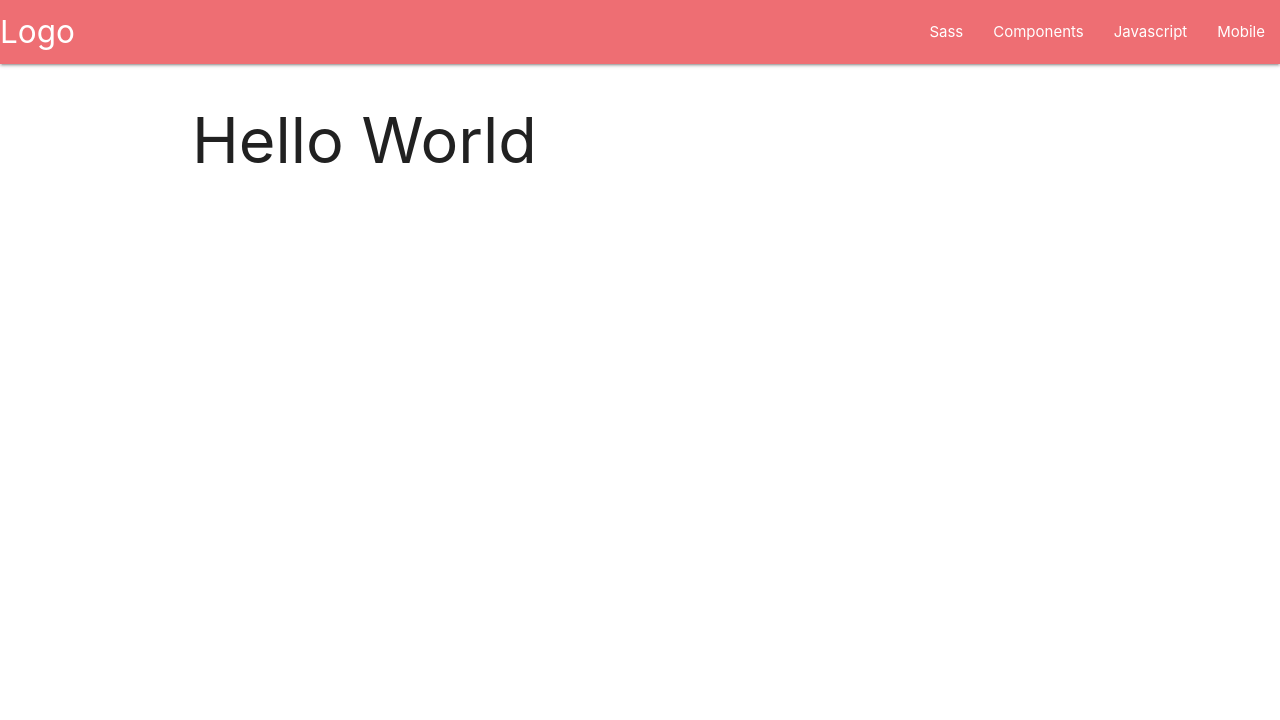
Repository: latenightsnacc/Static-Web-Projects
Page: ceeless-site/index.html
An editor plug-in stored every save of this project. The page is shown before and after the next save, followed by the edit.
The browser window is 1280 px wide. The pictures show the whole page.

Above is the page before, as saved 2020-07-22 11:22:42.

### ceeless-site/index.html
<html lang="en">
<head>
    <meta charset="UTF-8">
    <meta name="viewport" content="width=device-width, initial-scale=1.0">
    <!-- Compiled and minified CSS -->
    <link rel="stylesheet" href="https://cdnjs.cloudflare.com/ajax/libs/materialize/1.0.0/css/materialize.min.css">
    <link href="https://fonts.googleapis.com/icon?family=Material+Icons" rel="stylesheet">


    <title>Ceeless || Licorne Technologies Limited</title>
</head>
<body>
    <main class="wrapper">
        <div class="container-fluid">
            <nav>
                <div class="nav-wrapper">
                  <a href="#!" class="brand-logo">Logo</a>
                  <a href="#" data-target="mobile-demo" class="sidenav-trigger"><i class="material-icons">menu</i></a>
                  <ul class="right hide-on-med-and-down">
                    <li><a href="sass.html">Sass</a></li>
                    <li><a href="badges.html">Components</a></li>
                    <li><a href="collapsible.html">Javascript</a></li>
                    <li><a href="mobile.html">Mobile</a></li>
                  </ul>
                </div>
              </nav>

            <ul class="sidenav" id="mobile-demo">
                <li><a href="sass.html">Sass</a></li>
                <li><a href="badges.html">Components</a></li>
                <li><a href="collapsible.html">Javascript</a></li>
                <li><a href="mobile.html">Mobile</a></li>
            </ul>
        </div>
        <section class="banner">
            <div class="container">
                <h1>Hello World</h1>
            </div>
        </section>
        <section class="what-we-do">
            <div class="container"></div>
        </section>
        <section class="portfolio">
            <div class="container"></div>
        </section>
        <section class="about-ceeless">
            <div class="container"></div>
        </section>
        <section class="contact-us">
            <div class="container"></div>
        </section>
    </main>
    <!--Scripts-->
    <!-- Compiled and minified JavaScript -->
    <script src="https://cdnjs.cloudflare.com/ajax/libs/materialize/1.0.0/js/materialize.min.js"></script>
</body>
</html>

After the next save:
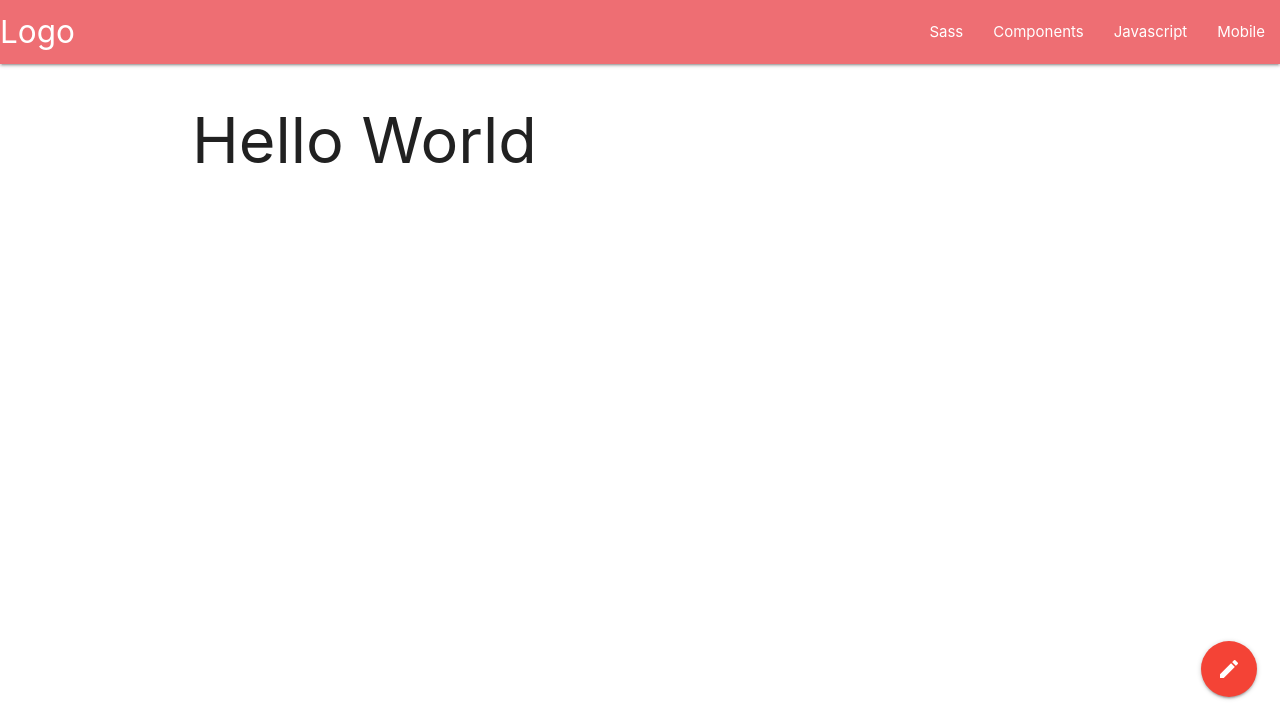
Saved 86 s later.
--- a/ceeless-site/index.html
+++ b/ceeless-site/index.html
@@ -24,14 +24,26 @@
                   </ul>
                 </div>
               </nav>
+        </div>
 
-            <ul class="sidenav" id="mobile-demo">
-                <li><a href="sass.html">Sass</a></li>
-                <li><a href="badges.html">Components</a></li>
-                <li><a href="collapsible.html">Javascript</a></li>
-                <li><a href="mobile.html">Mobile</a></li>
-            </ul>
-        </div>
+        <ul class="sidenav" id="mobile-demo">
+            <li><a href="sass.html">Sass</a></li>
+            <li><a href="badges.html">Components</a></li>
+            <li><a href="collapsible.html">Javascript</a></li>
+            <li><a href="mobile.html">Mobile</a></li>
+        </ul>
+
+<div class="fixed-action-btn">
+    <a class="btn-floating btn-large red">
+      <i class="large material-icons">mode_edit</i>
+    </a>
+    <ul>
+      <li><a class="btn-floating red"><i class="material-icons">insert_chart</i></a></li>
+      <li><a class="btn-floating yellow darken-1"><i class="material-icons">format_quote</i></a></li>
+      <li><a class="btn-floating green"><i class="material-icons">publish</i></a></li>
+      <li><a class="btn-floating blue"><i class="material-icons">attach_file</i></a></li>
+    </ul>
+  </div>
         <section class="banner">
             <div class="container">
                 <h1>Hello World</h1>
